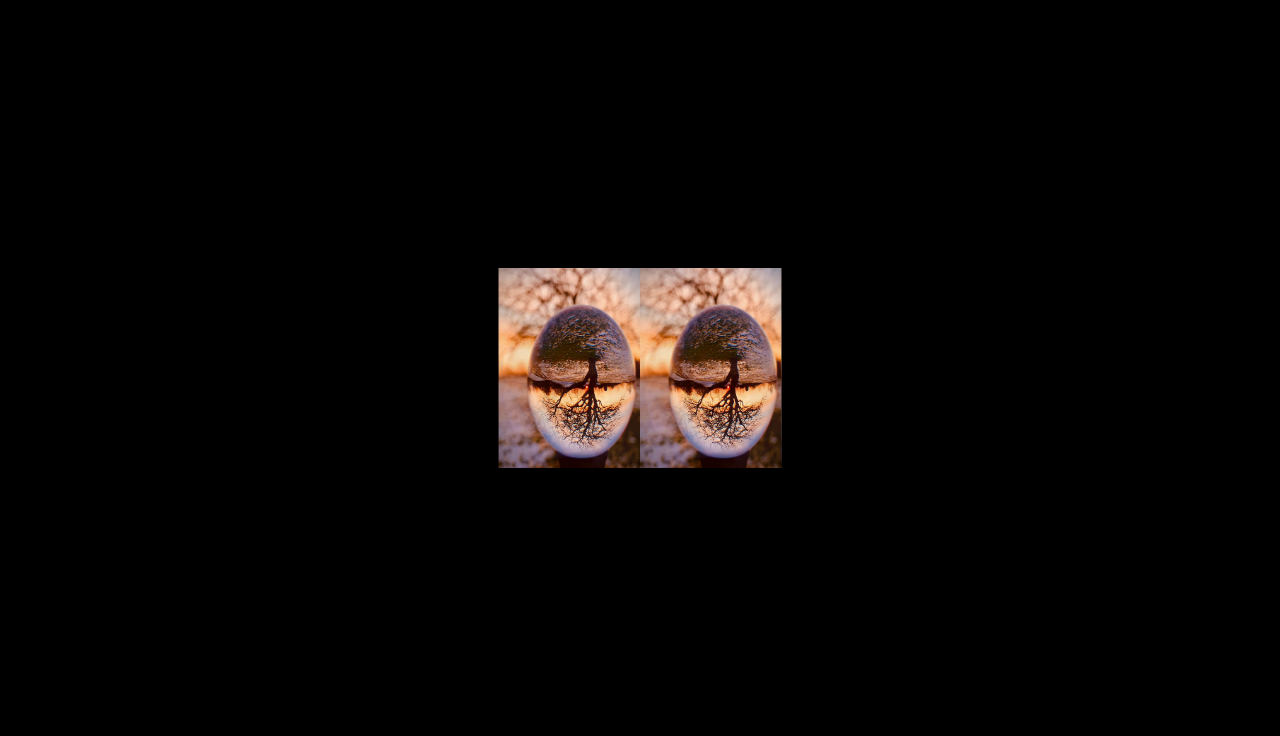
Repository: SavvyChic42/Rotating-3D-Image-Previewer-Cube-using-CSS
Page: index.html
An editor plug-in stored every save of this project. The page is shown before and after a run of saves, followed by the edit.
The browser window is 1280 px wide. The pictures show the whole page.

Above is the page before, as saved 2024-06-19 14:34:05.

### index.html
<!DOCTYPE html>
<html lang="en">

<head>
	<meta charset="UTF-8">
	<meta http-equiv="X-UA-Compatible" content="IE=edge">

	<meta name="viewport" content=
		"width=device-width, initial-scale=1.0">

	<link rel="stylesheet" href="style.css">
</head>

<body>
	<div class="cube">

		<!-- Creating 6 divs for each face of the cube -->

		<div class="box box1">
			<img src=
"theme.jpg"
				alt="image 1">
		</div>

		<div class="box box2">
			<img src=
"theme.jpg"
				alt="image 2">
		</div>

		<div class="box box3">
			<img src=
"theme.jpg"
				alt="image 3">
		</div>

		<div class="box box4">
			<img src=
"theme.jpg"
				alt="image 4">
		</div>

		<div class="box box5">
			<img src=
"theme.jpg"
				alt="image 5">
		</div>

		<div class="box box6">
			<img src=
"theme.jpg"
				alt="image 6">
		</div>
	</div>
</body>

</html>

### style.css
/* CSS for general styling */
body {
	display: flex;
	height: 100vh;
	justify-content: center;
	align-items: center;
	background: #000000;
}

.cube {
	width: 200px;
	height: 200px;
	position: relative;
	transform-style: preserve-3d;
	animation: rotate 10s linear infinite;
}

img {
	width: 100%;
	height: 100%;
	object-fit: cover;
}

.box {
	width: 100%;
	height: 100%;
	position: absolute;
	top: 0;
	left: 0;
	opacity: 0.9;
}

/* Applying styles to each face */
.box1 {
	transform: translateZ(100px);
}

.box2 {
	transform: rotateY(90deg) translateX(100px);
	transform-origin: right;
}

.box3 {
	transform: rotateY(180deg) translateZ(100px);
}

.box4 {
	transform: rotateY(-90deg) translateX(-100px);
	transform-origin: left;
}

.box5 {
	transform: rotateX(-90deg) translateY(-100px);
	transform-origin: top;
}

.box6 {
	transform: rotateX(90deg) translateY(100px);
	transform-origin: bottom;
}

/* Animating the elements */
@keyframes rotate {
	0%,
	100% {
		transform: rotate(0deg);
	}
	20% {
		transform: rotateY(90deg) rotateZ(90deg);
	}
	40% {
		transform: rotateY(180deg) rotateZ(-90deg);
	}
	60% {
		transform: rotateY(270deg) rotateZ(90deg);
	}
	80% {
		transform: rotateY(360deg) rotateZ(-90deg);
	}
}

After the next 2 saves:
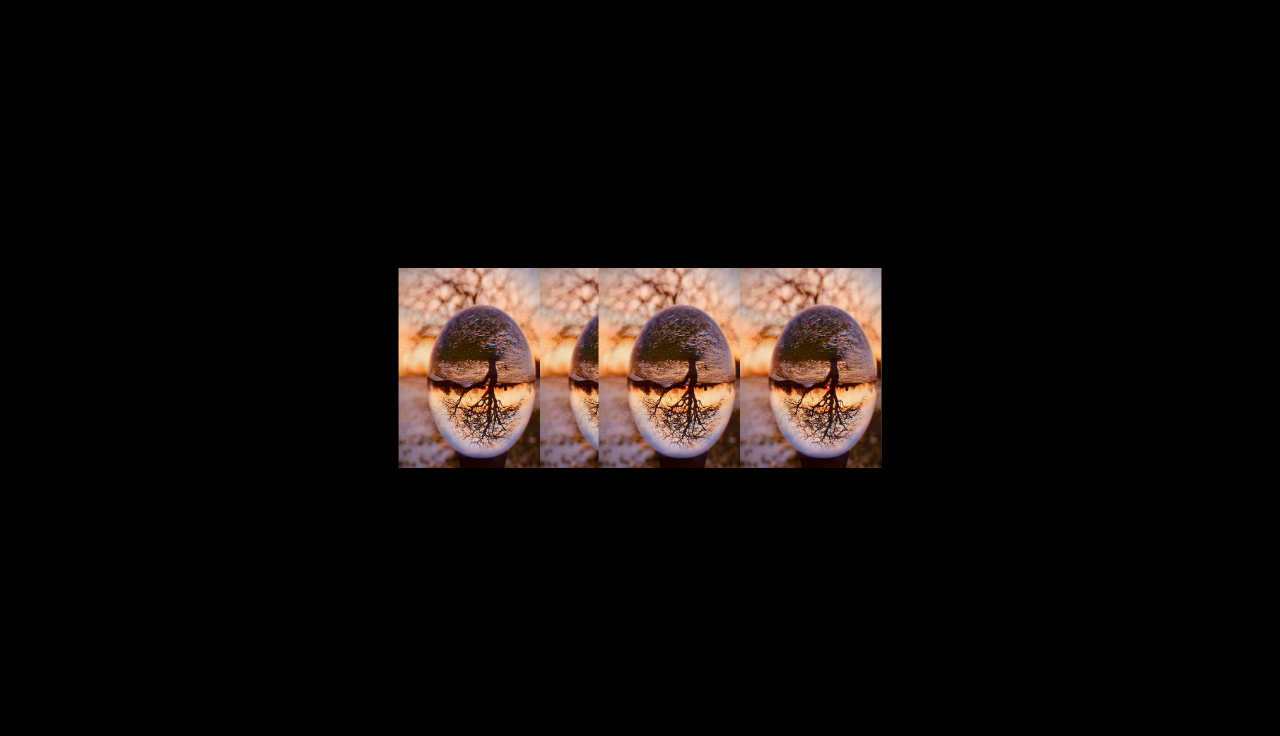
The 2 saves are shown as one change because they came seconds apart.
The last was saved 102 s later.
--- a/index.html
+++ b/index.html
@@ -52,6 +52,47 @@
 				alt="image 6">
 		</div>
 	</div>
+
+  <div class="cube">
+
+		<!-- Creating 6 divs for each face of the cube -->
+
+		<div class="box box1">
+			<img src=
+"theme.jpg"
+				alt="image 1">
+		</div>
+
+		<div class="box box2">
+			<img src=
+"theme.jpg"
+				alt="image 2">
+		</div>
+
+		<div class="box box3">
+			<img src=
+"theme.jpg"
+				alt="image 3">
+		</div>
+
+		<div class="box box4">
+			<img src=
+"theme.jpg"
+				alt="image 4">
+		</div>
+
+		<div class="box box5">
+			<img src=
+"theme.jpg"
+				alt="image 5">
+		</div>
+
+		<div class="box box6">
+			<img src=
+"theme.jpg"
+				alt="image 6">
+		</div>
+	</div>
 </body>
 
 </html>
